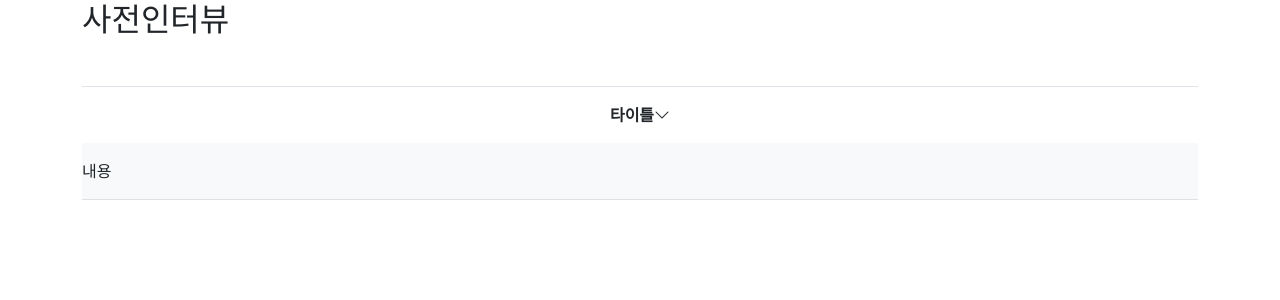
Repository: shin-eekk/js_study
Page: faq.html
An editor plug-in stored every save of this project. The page is shown before and after a run of saves, followed by the edit.
The browser window is 1280 px wide. The pictures show the whole page.
The style sheet was rebuilt from its Sass, Less or Tailwind sources for each picture, by a compiler version that may differ from the author's.

Above is the page before, as saved 2025-03-12 10:44:47.

### faq.html
<!DOCTYPE html>
<html lang="en">
<head>
    <meta charset="UTF-8">
    <meta name="viewport" content="width=device-width, initial-scale=1.0">
    <title>Document</title>
    <link rel="stylesheet" href="https://cdn.jsdelivr.net/npm/reset-css@5.0.2/reset.min.css">
    <link href="https://cdn.jsdelivr.net/npm/bootstrap@5.3.3/dist/css/bootstrap.min.css" rel="stylesheet" integrity="sha384-QWTKZyjpPEjISv5WaRU9OFeRpok6YctnYmDr5pNlyT2bRjXh0JMhjY6hW+ALEwIH" crossorigin="anonymous">
    <link rel="stylesheet" href="https://cdn.jsdelivr.net/npm/bootstrap-icons@1.11.3/font/bootstrap-icons.min.css">
    <link rel="stylesheet" href="./scss/faq.min.css">
    <script src="./js/faq.js"></script>
</head>
<body>
    <section id="faq" class="section">
        <div class="container d-flex gap-5 flex-column justify-content-center">
            <h2>사전인터뷰</h2>
            <dl>
                <!-- <dt class="border-top py-3 d-flex justify-content-center">
                    <strong>타이틀</strong>
                    <i class="bi bi-chevron-down"></i>
                </dt>
                <dd class="border-bottom py-3 bg-light">내용</dd> -->
            </dl>

        </div>
    </section>
</body>
</html>

### js/faq.js
window.addEventListener("DOMContentLoaded",()=>{
    const faq = [
        {
        dt: "제품이 문제가 있을 때 해결 방법입니다",
        dd: "이렇게 저렇게 요렇게 이렇게 저렇게 | 요렇게이렇게 저렇게 요렇게 |이렇게 저렇게 요렇게하세요"
        },
        {
        dt: "배송에 문제가 생겼어요",
        dd: "이렇게 저렇게 요렇게 이렇게 저렇게 | 요렇게이렇게 저렇게 요렇게 |이렇게 저렇게 요렇게하세요"
        },
        {
        dt: "제품을 교환/환불하고 싶어요",
        dd: "이렇게 저렇게 요렇게 이렇게 저렇게 | 요렇게이렇게 저렇게 요렇게 |이렇게 저렇게 요렇게하세요"
        },
        {
        dt: "제품이 문제가 있을 때 해결 방법입니다",
        dd: "이렇게 저렇게 요렇게 이렇게 저렇게 | 요렇게이렇게 저렇게 요렇게 |이렇게 저렇게 요렇게하세요"
        },
        {
        dt: "제품이 문제가 있을 때 해결 방법입니다",
        dd: "이렇게 저렇게 요렇게 이렇게 저렇게 | 요렇게이렇게 저렇게 요렇게 |이렇게 저렇게 요렇게하세요"
        },
    ]
    let fqatag = `<dt class="border-top py-3 d-flex justify-content-center">
                    <strong>타이틀</strong>
                    <i class="bi bi-chevron-down"></i>
                </dt>
                <dd class="border-bottom py-3 bg-light">내용</dd>`;
    const fqadom = document.querySelector("#faq dl");
    fqadom.innerHTML = fqatag;
})

### scss/faq.scss
p, ul, li, dl, dt, dd, h1, h2, h3{
    margin: 0;
    padding: 0;
}

After the next 4 saves:
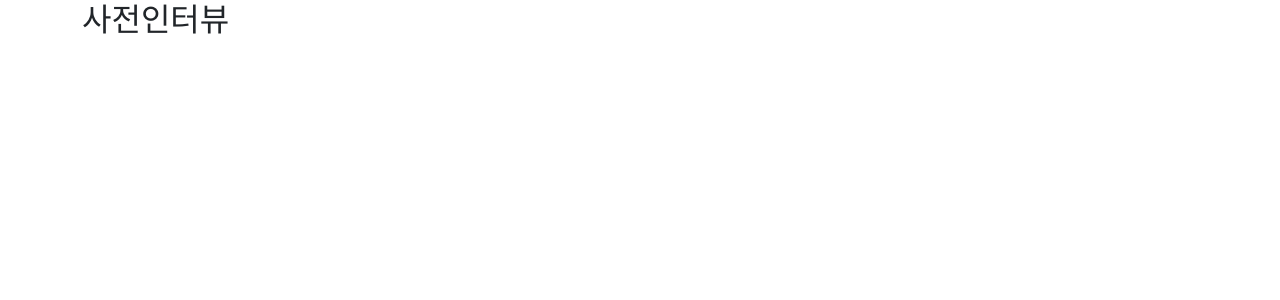
Console error: ReferenceError: dt is not defined
The 4 saves are shown as one change because they came seconds apart.
The last was saved 25 s later.
--- a/js/faq.js
+++ b/js/faq.js
@@ -22,7 +22,7 @@
         },
     ]
     let fqatag = `<dt class="border-top py-3 d-flex justify-content-center">
-                    <strong>타이틀</strong>
+                    <strong>${dt[0]}</strong>
                     <i class="bi bi-chevron-down"></i>
                 </dt>
                 <dd class="border-bottom py-3 bg-light">내용</dd>`;

After the 3 saves that followed:
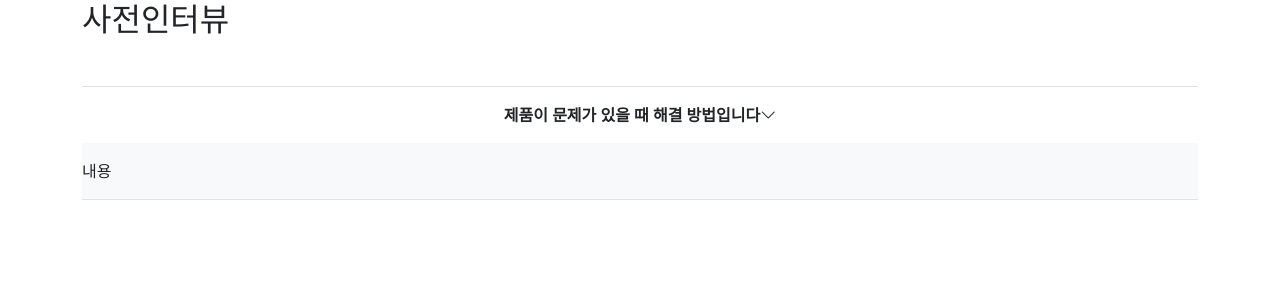
The error is gone.
The 3 saves are shown as one change because they came seconds apart.
The last was saved 9 s later.
--- a/js/faq.js
+++ b/js/faq.js
@@ -22,7 +22,7 @@
         },
     ]
     let fqatag = `<dt class="border-top py-3 d-flex justify-content-center">
-                    <strong>${dt[0]}</strong>
+                    <strong>${faq[0].dt}</strong>
                     <i class="bi bi-chevron-down"></i>
                 </dt>
                 <dd class="border-bottom py-3 bg-light">내용</dd>`;
